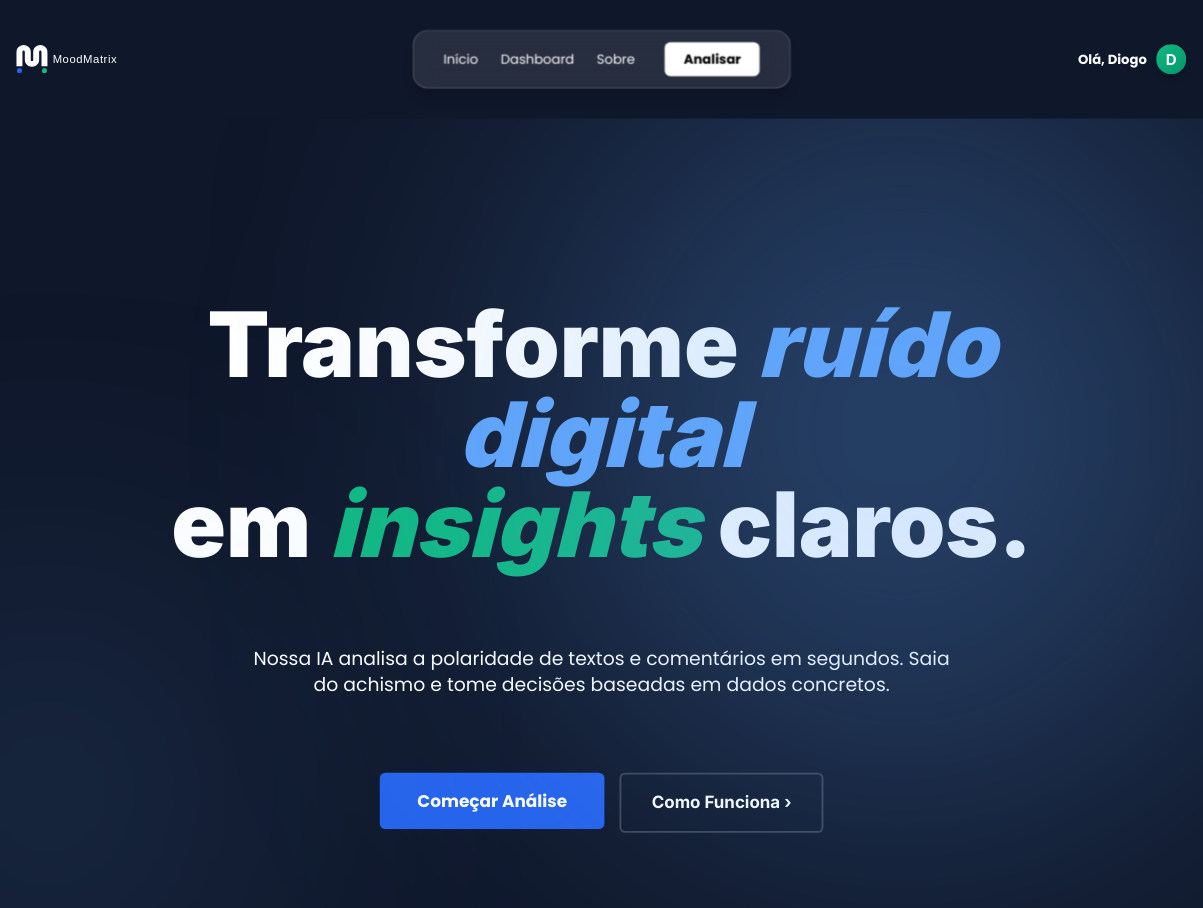
Repository: Hackaton-ONE/hackathon-Frontend
Page: /
The author's editor kept a copy of each file at every save. The page is drawn from the files as they stood at one save, then again after the next save.
The browser window is 1280 px wide. The pictures show the whole page, at 94% of full size.
Some web fonts or font styles are not loaded; a fallback is used. The project was rebuilt for these pictures with package versions that can differ from the ones it lists, and the page was loaded fresh each time. The framework's server and built-in components were replaced by stand-ins that run in the browser. Also part of the build but not shown: next.config.ts.

Above is the page before, as saved 2026-01-02 10:24:19.

### app/layout.tsx
import type { Metadata } from "next";
import { Inter, Poppins, MuseoModerno } from "next/font/google"; // 1. Importar Poppins
import "./globals.css";
import { Navbar } from "@/components/Navbar";

// 2. Configurar Inter
const inter = Inter({
  subsets: ["latin"],
  variable: "--font-inter",
});

// 3. Configurar Poppins (Pesos comuns: 400, 600, 700)
const poppins = Poppins({
  weight: ['400', '600', '700'],
  subsets: ["latin"],
  variable: "--font-poppins",
});

const museo = MuseoModerno({
  subsets: ["latin"],
  variable: "--font-museo",
  display: "swap",
});

export const metadata: Metadata = {
  title: "MoodMatrix",
  description: "Análise de sentimentos com IA",
};

export default function RootLayout({
  children,
}: Readonly<{

  children: React.ReactNode;
}>) {
  return (
    <html lang="pt-br">
      {/* 4. Adicionar ambas as variáveis no body */}
      <body className={`${inter.variable} ${poppins.variable} ${museo.variable} bg-mood-dark text-white font-sans antialiased`}>
        <Navbar />
        {children}
      </body>
    </html>
  );
}

### app/page.tsx
import { HeroSection } from "../components/HeroSection";

export default function Home() {
  return (
    <main className="min-h-screen bg-mood-dark text-white selection:bg-neon-green selection:text-mood-dark">
      {/* A Navbar já está no layout.tsx, então não precisa repetir aqui se já colocou lá */}

      <HeroSection />

      {/* Aqui virão as próximas seções (Tech Stack, Benefícios, etc.) */}

    </main>
  );
}

### app/globals.css
@tailwind base;
@tailwind components;
@tailwind utilities;

/* Define o fundo padrão do site inteiro e a cor do texto */
body {
  background-color: #0F172A; /* mood.dark */
  color: #ffffff;
  min-height: 100vh;
}

/* Utilitário para o efeito de Vidro (Glassmorphism) */
.glass {
  background: rgba(30, 41, 59, 0.4); /* mood.gray com transparência */
  backdrop-filter: blur(12px);
  -webkit-backdrop-filter: blur(12px);
  border: 1px solid rgba(255, 255, 255, 0.1);
}

/* === PERSONALIZAÇÃO DA BARRA DE ROLAGEM === */

/* 1. Define a largura da barra */
::-webkit-scrollbar {
  width: 8px;
  height: 8px;
}

/* 2. Remove o fundo (Track) */
::-webkit-scrollbar-track {
  background: transparent;
}

/* 3. Cor da barra (Thumb)*/
::-webkit-scrollbar-thumb {
  background-color: #2563EB;
  border-radius: 9999px;
}

/* 4. Efeito ao passar o mouse */
::-webkit-scrollbar-thumb:hover {
  background-color: #60A5FA; /* blue-light */
}

/* 5. Remove as setas (Buttons) */
::-webkit-scrollbar-button {
  display: none;
}

### components/Navbar.tsx
"use client";

import Link from "next/link";
import { useState } from "react";
import { Menu, X } from "lucide-react";
import Image from "next/image";

// Componente NavLink (Link com sublinhado azul)
const NavLink = ({ href, children }: { href: string; children: React.ReactNode }) => (
  <Link
    href={href}
    className="relative group text-white transition-colors font-medium text-sm"
  >
    {children}
    <span className="absolute -bottom-1 left-0 w-0 h-[2px] bg-blue-default transition-all duration-300 ease-out group-hover:w-full" />
  </Link>
);

export function Navbar() {
  const [isOpen, setIsOpen] = useState(false);

  return (
    // Container Principal
    <div className="relative top-0 left-0 w-full z-50 px-4 py-8">

      <div className="max-w-[1600px] mx-auto flex justify-between items-center lg:grid lg:grid-cols-3">

        {/* =======================
            1. LOGO (Coluna 1 - Alinhado à Esquerda)
           ======================= */}
        <div className="flex justify-start">
          <Link href="/" className="flex items-center gap-1 z-50 group">
            <div className="relative w-8 h-8 lg:w-9 lg:h-9 flex items-center justify-center">
              <Image
                src="/logo.svg"
                alt="Logo MoodMatrix"
                fill
                className="object-contain"
              />
            </div>

            <span className="text-white font-medium text-xs font-museo tracking-wider">
              Mood<span>Matrix</span>
            </span>
          </Link>
        </div>

        {/* =======================
            2. PÍLULA CENTRAL (Coluna 2)
            MUDANÇA: 'hidden lg:flex'
            (Escondido em Tablet/Mobile, Flex em Notebook+)
           ======================= */}
        <div className="hidden lg:flex justify-center">
          <nav className="flex items-center gap-8 pl-8 pr-8 py-3 rounded-2xl bg-white/10 backdrop-blur-md border border-white/20 shadow-lg shadow-black/20">
            {/* Links */}
            <div className="flex items-center gap-6 font-poppins font-bold">
              <NavLink href="/">Início</NavLink>
              <NavLink href="/dashboard">Dashboard</NavLink>
              <NavLink href="#sobre">Sobre</NavLink>
            </div>

            {/* Botão Analisar */}
            <Link href="/analisar">
              <button className="bg-white hover:bg-neon-orange text-black font-poppins font-bold text-sm px-5 py-2 rounded-md transition-all duration-200 shadow-sm hover:shadow-md">
                Analisar
              </button>
            </Link>
          </nav>
        </div>

        {/* =======================
            3. AVATAR / MENU (Coluna 3 - Alinhado à Direita)
           ======================= */}
        <div className="flex justify-end items-center gap-4 z-50">

          {/* Avatar (Desktop) */}
          <div className="hidden lg:flex items-center gap-2 pl-4">
            <div className="text-right hidden lg:block">
              <p className="font-poppins text-sm font-bold text-white">Olá, Diogo</p>
            </div>
            <div className="w-9 h-9 rounded-full bg-gradient-to-br from-neon-green to-emerald-600 flex items-center justify-center text-white font-bold border-2 border-mood-dark shadow-md">
              D
            </div>
          </div>

          {/* Botão Hambúrguer (Mobile) */}
          <button
            onClick={() => setIsOpen(!isOpen)}
            className="lg:hidden text-white hover:text-neon-blue transition p-1"
          >
            {isOpen ? <X size={28} /> : <Menu size={28} />}
          </button>
        </div>

      </div>

      {/* =======================
          4. MENU MOBILE DROPDOWN
         ======================= */}
      {isOpen && (
        <div className="lg:hidden absolute top-24 left-4 right-4 z-40 bg-mood-dark/95 backdrop-blur-xl border border-white/10 rounded-2xl p-4 shadow-2xl animate-in fade-in slide-in-from-top-5">

          <div className="flex flex-col space-y-1">
            <Link href="/" onClick={() => setIsOpen(false)} className="block px-4 py-3 text-white/90 hover:text-white hover:bg-blue-default rounded-lg transition-colors text-sm font-medium">
              Início
            </Link>
            <Link href="/dashboard" onClick={() => setIsOpen(false)} className="block px-4 py-3 text-white/90 hover:text-white hover:bg-blue-default rounded-lg transition-colors text-sm font-medium">
              Dashboard
            </Link>
            <Link href="#sobre" onClick={() => setIsOpen(false)} className="block px-4 py-3 text-white/90 hover:text-white hover:bg-blue-default rounded-lg transition-colors text-sm font-medium">
              Sobre
            </Link>
          </div>

          <div className="my-3 border-t border-white/10" />

          <Link href="/analisar" onClick={() => setIsOpen(false)}>
            <button className="w-full bg-white hover:bg-neon-orange text-black border border-white/20 font-poppins font-bold text-sm py-3 rounded-lg transition-all duration-200">
              Analisar
            </button>
          </Link>

          <div className="mt-4 pt-4 border-t border-white/10 flex items-center gap-3">
            <div className="w-8 h-8 rounded-full bg-gradient-to-br from-neon-green to-emerald-600 flex items-center justify-center text-white font-bold text-xs">
              D
            </div>
            <div>
              <p className="text-sm font-bold text-white">Diogo</p>
              <p className="text-xs text-gray-400">diogo@exemplo.com</p>
            </div>
          </div>

        </div>
      )}
    </div>
  );
}

### components/HeroSection.tsx
import Link from "next/link";
import { Button } from "./Button"; // Importando seu botão personalizado

export function HeroSection() {
  return (
    <section className="relative pt-32 lg:pt-48 pb-20 px-4 overflow-hidden">

      {/* =========================================
          ELEMENTOS DECORATIVOS DE FUNDO (GLOWS)
          ========================================= */}

{/* 1. ELIPSE MAIOR (Direita/Topo)
          x: 946.5, y: -78.06 -> right-0 top-[-78px] (Ajustado para responsivo)
          w: 743.5, h: 817.56 -> w-[743px] h-[817px]
          fill: 60A5FA 30% -> bg-blue-light/30
          blur: 160 -> blur-[160px]
      */}
      <div
        className="
          absolute
          top-[-78px]
          right-[-100px] lg:right-[-50px] /* Ajuste fino para telas diferentes */
          w-[743px]
          h-[817px]
          bg-blue-light/30
          blur-[160px]
          rounded-full
          z-10
          pointer-events-none
        "
      />

      {/* 2. ELIPSE MENOR (Esquerda/Baixo)
          x: -90, y: 546 -> left-[-90px] top-[546px]
          w: 282, h: 343 -> w-[282px] h-[343px]
          fill: 60A5FA 30% -> bg-blue-light/30
          blur: 160 -> blur-[160px]
      */}
      <div
        className="
          absolute
          top-[546px]
          left-[-90px]
          w-[282px]
          h-[343px]
          bg-blue-light/30
          blur-[160px]
          rounded-full
          z-10
          pointer-events-none
        "
      />


      {/* =========================================
          CONTEÚDO PRINCIPAL
          ========================================= */}
      <div className="max-w-5xl mx-auto text-center flex flex-col items-center">

        {/* TÍTULO */}
        <h1 className="font-inter font-black text-4xl md:text-6xl lg:text-7xl xl:text-8xl leading-tight text-white mb-8 lg:mb-20">
          Transforme <span className="italic text-blue-light">ruído digital</span> <br className="hidden md:block" />
          em <span className="italic text-neon-green">insights</span> claros.
        </h1>

        {/* SUBTÍTULO */}
        <p className="font-poppins font-light text-white text-base md:text-xl mb-8 lg:mb-20 max-w-3xl">
          Nossa IA analisa a polaridade de textos e comentários em segundos.
          Saia do achismo e tome decisões baseadas em dados concretos.
        </p>

        {/* BOTÕES DE AÇÃO (CTA) */}
        <div className="flex flex-col sm:flex-row gap-4 w-full sm:w-auto">
          <Link href="/analisar">
            <Button variant="primary" className="w-full sm:w-auto text-lg px-8 lg:px-10 py-4 bg-blue-default hover:bg-neon-green font-poppins">
              Começar Análise
            </Button>
          </Link>

          <Link href="#como-funciona">
            <Button variant="outline" className="w-full sm:w-auto text-lg px-8 py-4">
              Como Funciona ›
            </Button>
          </Link>
        </div>

      </div>
    </section>
  );
}

### components/Button.tsx
import React from "react";

interface ButtonProps extends React.ButtonHTMLAttributes<HTMLButtonElement> {
  variant?: "primary" | "outline" | "ghost";
  children: React.ReactNode;
}

export function Button({ variant = "primary", className = "", children, ...props }: ButtonProps) {

  const baseStyles = "px-6 py-3 rounded-md font-bold transition-all duration-200 flex items-center justify-center gap-2 active:scale-[0.98]";

  const variants = {
    primary: "text-white active:translate-y-1",

    // Outline (Borda simples)
    outline: "bg-transparent border-2 border-white/20 text-white hover:bg-white/5 hover:border-white/40",

    // Ghost (Transparente)
    ghost:   "bg-transparent text-gray-400 hover:text-white hover:bg-white/5",
  };

  return (
    <button
      className={`${baseStyles} ${variants[variant]} ${className}`}
      {...props}
    >
      {children}
    </button>
  );
}

### tailwind.config.ts
/** @type {import('tailwindcss').Config} */
const config = {
  // Configuração de onde o Tailwind procura as classes
  content: [
    "./app/**/*.{js,ts,jsx,tsx,mdx}",
    "./pages/**/*.{js,ts,jsx,tsx,mdx}",
    "./components/**/*.{js,ts,jsx,tsx,mdx}",
    "./src/app/**/*.{js,ts,jsx,tsx,mdx}",
    "./src/pages/**/*.{js,ts,jsx,tsx,mdx}",
    "./src/components/**/*.{js,ts,jsx,tsx,mdx}",
  ],
  theme: {
    extend: {
      colors: {
        white: "#FFFFFF",
        mood: {
          dark: "#0F172A", // Fundo Azul Escuro
          nav: "#FFFFFF",  // Base para Navbar
        },
        blue: {
          light: "#60A5FA",   // Azul Claro
          default: "#2563EB", // Azul Padrão
          dark: "#1E3A8A",    // Azul Escuro
        },
        neon: {
          green: "#10B981",
          red: "#B91C1C",
          orange: "#F59E0B",
        },
      },
      fontFamily: {
        sans: ['var(--font-inter)', 'sans-serif'],
        poppins: ['var(--font-poppins)', 'sans-serif'],
        museo: ['var(--font-museo)', 'sans-serif'],
      },
      backgroundImage: {
        // Gradientes de Seta e Barra de Progresso
        'gradient-pos': 'linear-gradient(to right, #2563EB, #10B981)',
        'gradient-neg': 'linear-gradient(to right, #B91C1C, #F59E0B)',

        // Gradientes Sutis para os Cards (Glassmorphism)
        'card-blue': 'linear-gradient(180deg, rgba(255, 255, 255, 0) 0%, rgba(96, 165, 250, 0.05) 100%)',
        'card-green': 'linear-gradient(180deg, rgba(255, 255, 255, 0) 0%, rgba(16, 185, 129, 0.05) 100%)',
        'card-red': 'linear-gradient(180deg, rgba(255, 255, 255, 0) 0%, rgba(185, 28, 28, 0.05) 100%)',
        'card-orange': 'linear-gradient(180deg, rgba(255, 255, 255, 0) 0%, rgba(245, 158, 11, 0.05) 100%)', // NOVO
      }
    },
  },
  plugins: [],
};

export default config;

After the next save:
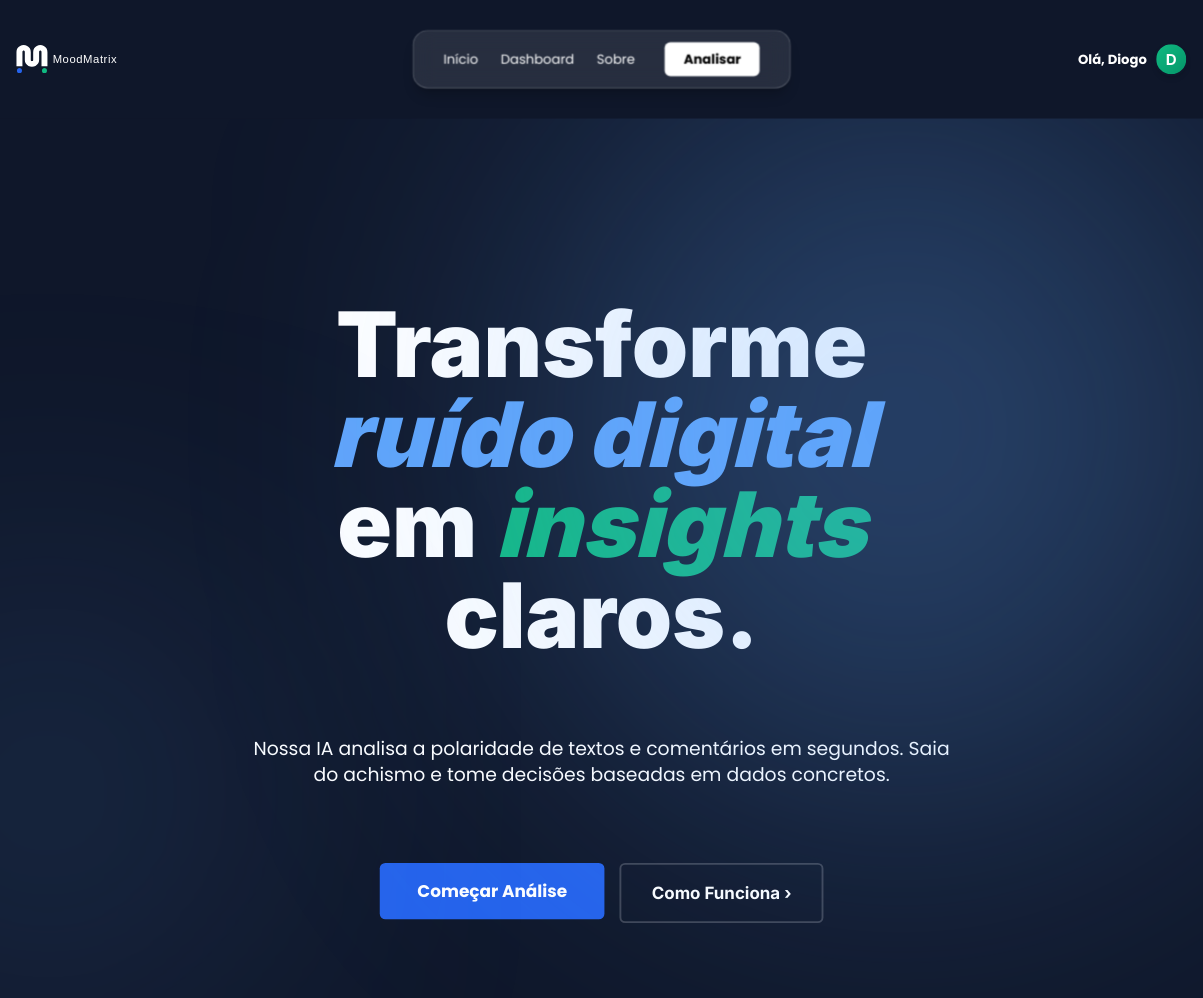
Saved 28 s later.
--- a/components/HeroSection.tsx
+++ b/components/HeroSection.tsx
@@ -58,7 +58,7 @@
       <div className="max-w-5xl mx-auto text-center flex flex-col items-center">
 
         {/* TÍTULO */}
-        <h1 className="font-inter font-black text-4xl md:text-6xl lg:text-7xl xl:text-8xl leading-tight text-white mb-8 lg:mb-20">
+        <h1 className="font-inter font-black text-4xl md:text-6xl lg:text-7xl xl:text-8xl leading-tight text-white mb-8 lg:mb-20 max-w-3xl">
           Transforme <span className="italic text-blue-light">ruído digital</span> <br className="hidden md:block" />
           em <span className="italic text-neon-green">insights</span> claros.
         </h1>

After the 2 saves that followed:
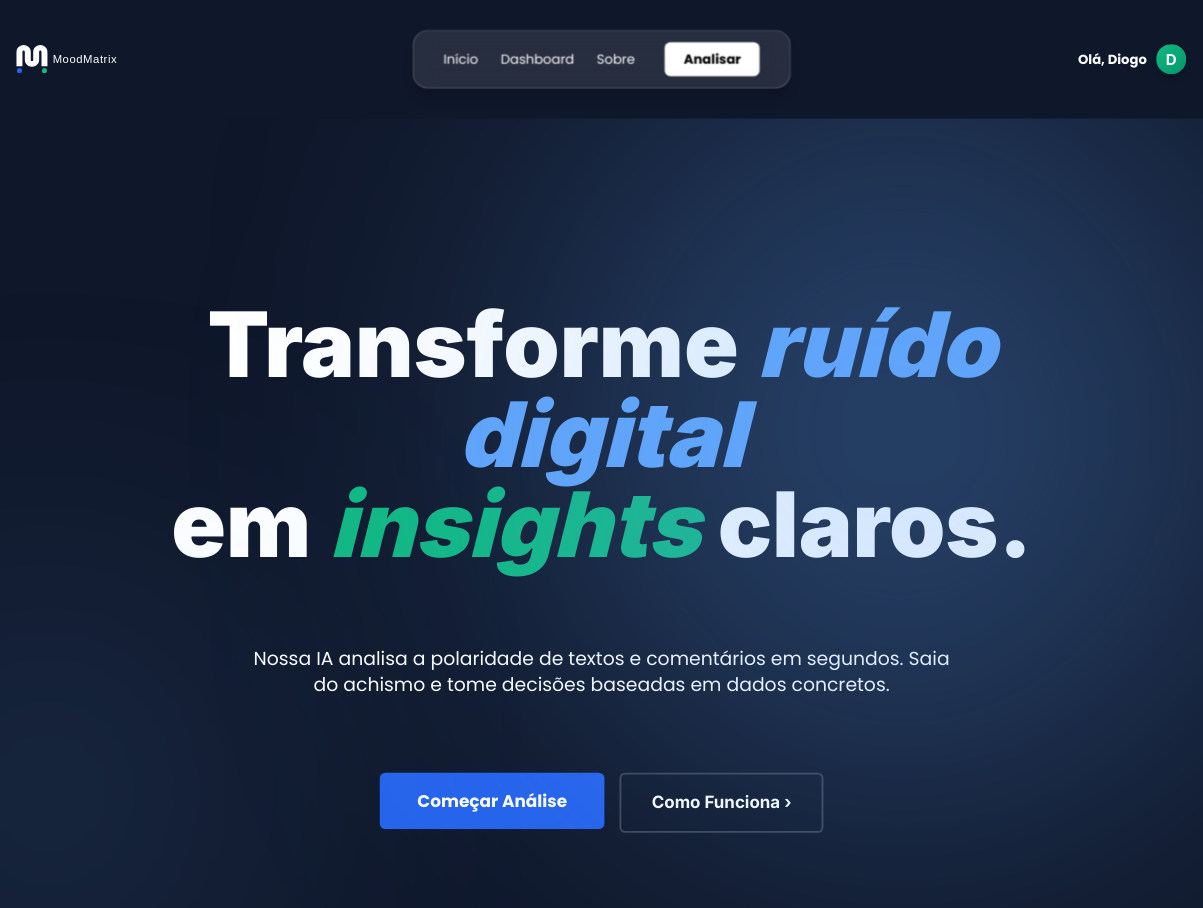
The 2 saves are shown as one change because they came seconds apart.
The last was saved 7 s later.
--- a/components/HeroSection.tsx
+++ b/components/HeroSection.tsx
@@ -58,7 +58,7 @@
       <div className="max-w-5xl mx-auto text-center flex flex-col items-center">
 
         {/* TÍTULO */}
-        <h1 className="font-inter font-black text-4xl md:text-6xl lg:text-7xl xl:text-8xl leading-tight text-white mb-8 lg:mb-20 max-w-3xl">
+        <h1 className="font-inter font-black text-4xl md:text-6xl lg:text-7xl xl:text-8xl leading-tight text-white mb-8 lg:mb-20 max-w-6xl">
           Transforme <span className="italic text-blue-light">ruído digital</span> <br className="hidden md:block" />
           em <span className="italic text-neon-green">insights</span> claros.
         </h1>
